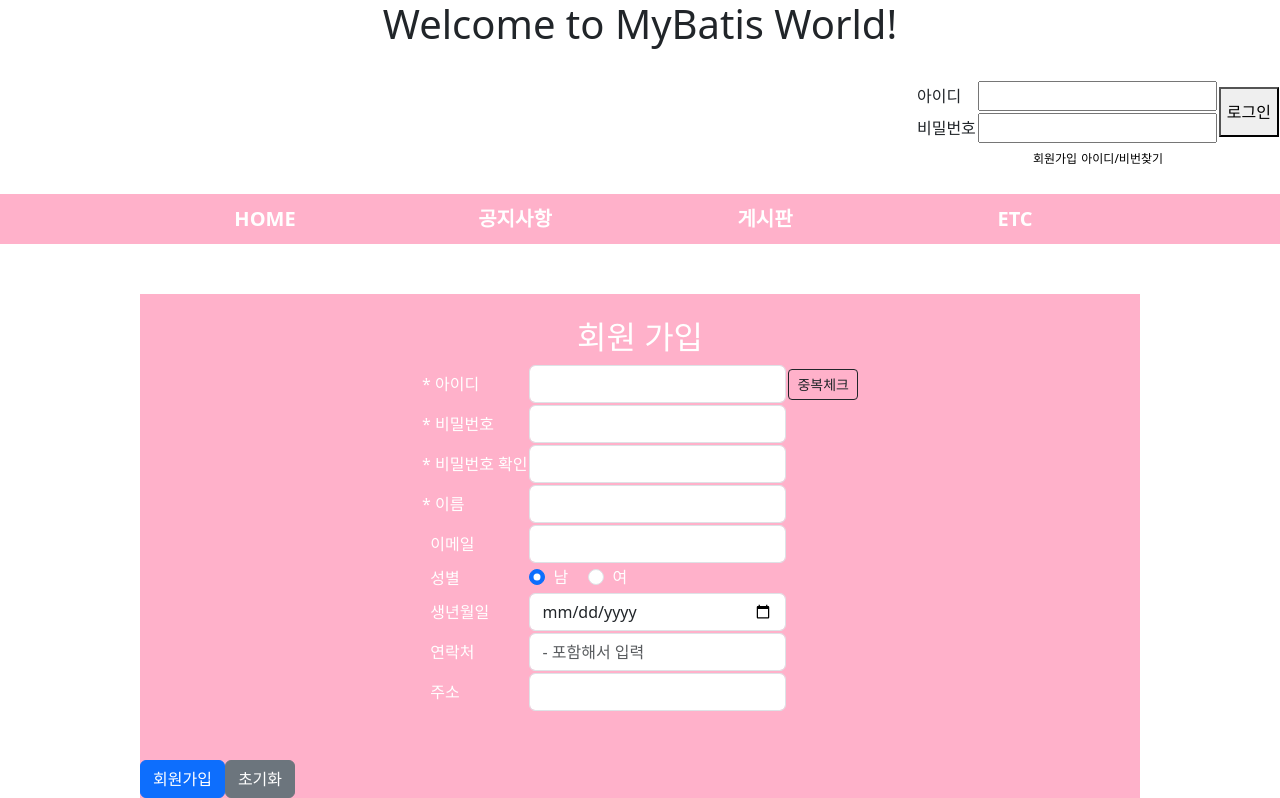
Repository: vocoxo9/06_academy.framework
Page: http://localhost/MyBatisProject/enrollForm.me
An editor plug-in stored every save of this project. The page is shown before and after the next save, followed by the edit.
The browser window is 1280 px wide. The pictures show the whole page.
The page is served by Tomcat 9. Other server files are loaded and not shown.

Above is the page before, as saved 2025-03-25 06:47:56.

### 01_mybatis/MyBatisProject/webapp/WEB-INF/views/member/memberEnrollForm.jsp
<%@ page language="java" contentType="text/html; charset=UTF-8"
    pageEncoding="UTF-8"%>
<!DOCTYPE html>
<html>
<head>
<meta charset="UTF-8">
<title>MyBatis World</title>

<!-- 부트스트랩 CDN -->
<link href="https://cdn.jsdelivr.net/npm/bootstrap@5.3.3/dist/css/bootstrap.min.css" rel="stylesheet" integrity="sha384-QWTKZyjpPEjISv5WaRU9OFeRpok6YctnYmDr5pNlyT2bRjXh0JMhjY6hW+ALEwIH" crossorigin="anonymous">
<script src="https://cdn.jsdelivr.net/npm/bootstrap@5.3.3/dist/js/bootstrap.bundle.min.js" integrity="sha384-YvpcrYf0tY3lHB60NNkmXc5s9fDVZLESaAA55NDzOxhy9GkcIdslK1eN7N6jIeHz" crossorigin="anonymous"></script>

<style>
	#mem-enroll-area table{margin: auto;}
</style>
</head>
<body>
	<%-- munubar.jsp 포함 --%>
	<jsp:include page="../common/menubar.jsp"/>

	<div class="outer">
		<br>
		<h2 align="center">회원 가입</h2>
		<form action="insert.me" method="post" id="mem-enroll-area">
			<table>
				<tr>
					<td>* 아이디</td>
					<td><input type="text" class="form-control" name="userId" maxlength="30" required></td>
					<td><input type="button" class="btn btn-sm btn-outline-dark" value="중복체크"></td>
				</tr>
				<tr>
					<td>* 비밀번호</td>
					<td><input type="password" class="form-control" name="userPwd" maxlength="100" required></td>
				</tr>
				<tr>
					<td>* 비밀번호 확인</td>
					<td><input type="password" class="form-control" required></td>
				</tr>
				<tr>
					<td>* 이름</td>
					<td><input type="text" class="form-control" name="userName" required></td>
				</tr>
				<tr>
					<td>&nbsp;&nbsp;이메일</td>
					<td><input type="email" class="form-control" name="email"></td>
				</tr>
				<tr>
					<td>&nbsp;&nbsp;성별</td>
					<td>
						<div class="form-check form-check-inline">
						<input class="form-check-input" type="radio" name="gender" valeu="M" id="genderM" checked>
						<label class="form-check-label" for="genderM">남</label>
					  </div>
					  <div class="form-check form-check-inline">
						<input class="form-check-input" type="radio" name="gender" valeu="F" id="genderF">
						<label class="form-check-label" for="genderF">여</label>
					  </div></td>
				</tr>
				<tr>
					<td>&nbsp;&nbsp;생년월일</td>
					<td><input type="date" class="form-control" name="birthDate"></td>
				</tr>
				<tr>
					<td>&nbsp;&nbsp;연락처</td>
					<td><input type="tel" class="form-control" name="phone" placeholder="- 포함해서 입력"></td>
				</tr>
				<tr>
					<td>&nbsp;&nbsp;주소</td>
					<td><input type="text" class="form-control" name="address"></td>
				</tr>
			</table>
				<br><br>
			<table>
				<tr>
					<button type="submit" class="btn btn-primary">회원가입</button>
					<button type="reset" class="btn btn-secondary">초기화</button>
				</div>
			</table>
		</form>
	</div>
</body>
</html>

### 01_mybatis/MyBatisProject/webapp/WEB-INF/views/common/menubar.jsp
<%@ page language="java" contentType="text/html; charset=UTF-8"
	pageEncoding="UTF-8"%>
<%@ taglib prefix="c" uri="http://java.sun.com/jsp/jstl/core"%>
<!DOCTYPE html>
<html>
<head>
<meta charset="UTF-8">
<title>MyBatis World</title>
<style>
.login-area a {
	text-decoration: none;
	color: black;
	font-size: 12px;
}

.login-area a:hover {
	background: #ffb1ca;
	color: white;
	border-radius: 1em;
	padding: 5px;
}

.nav-area {
	background: #ffb1ca;
	color: white;
	height: 50px;
}

.menu {
	display: table-cell;
	width: 250px;
	height: 50px;
	vertical-align: middle;
	font-size: 20px;
	font-weight: bold;
}

.menu:hover {
	cursor: pointer;
	background: #ffe0d9;
}
/* 공통적인 부분에 대한 css */
.outer {
	width: 1000px;
	background: #ffb1ca;
	color: white;
	margin: auto;
	margin-top: 50px;
}
</style>
</head>
<body>
	<h1 align="center">Welcome to MyBatis World!</h1>
	<br>
	<div class="login-area" align="right">
		<c:choose>
			<c:when test="${ empty loginUser }">
				<!-- 로그인 전 표시할 부분 -->
				<form action="" method="post">
					<table>
						<tr>
							<td>아이디</td>
							<td><input type="text" name="userId" required></td>
							<td rowspan="2"><button type="submit" style="height: 50px;">로그인</button>
						</tr>
						<tr>
							<td>비밀번호</td>
							<td><input type="password" name="userPwd" required></td>
						</tr>
						<tr>
							<td colspan="3" align="center">
							<a href="enrollForm.me">회원가입</a>
							<a href="">아이디/비번찾기</a></td>
						</tr>
					</table>
				</form>
			</c:when>

			<c:otherwise>
				<!-- 로그인 후 표시할 부분 -->
				<div>
					<table>
						<tr>
							<td colspan="2">
								<h3>@@@님 환영합니다^^</h3>
							</td>
						</tr>
						<tr>
							<td><a href="">마이페이지</a></td>
							<td><a href="">로그아웃</a></td>
						</tr>
					</table>
				</div>
			</c:otherwise>
		</c:choose>
	</div>



	<br>

	<div class="nav-area" align="center">
		<div class="menu">HOME</div>
		<div class="menu">공지사항</div>
		<div class="menu">게시판</div>
		<div class="menu">ETC</div>
	</div>
</html>

### 01_mybatis/MyBatisProject/src/main/java/com/kh/mybatis/member/controller/MemberEnrollFormController.java
package com.kh.mybatis.member.controller;

import java.io.IOException;
import javax.servlet.ServletException;
import javax.servlet.annotation.WebServlet;
import javax.servlet.http.HttpServlet;
import javax.servlet.http.HttpServletRequest;
import javax.servlet.http.HttpServletResponse;

/**
 * Servlet implementation class MemberEnrollFormController
 */
@WebServlet("/enrollForm.me")
public class MemberEnrollFormController extends HttpServlet {
	private static final long serialVersionUID = 1L;

    /**
     * @see HttpServlet#HttpServlet()
     */
    public MemberEnrollFormController() {
        super();
        // TODO Auto-generated constructor stub
    }

	/**
	 * @see HttpServlet#doGet(HttpServletRequest request, HttpServletResponse response)
	 */
	protected void doGet(HttpServletRequest request, HttpServletResponse response) throws ServletException, IOException {
		// memberEnrollForm.jsp 페이지로 응답(포워딩)
		request.getRequestDispatcher("WEB-INF/views/member/memberEnrollForm.jsp").forward(request, response);
	}

	/**
	 * @see HttpServlet#doPost(HttpServletRequest request, HttpServletResponse response)
	 */
	protected void doPost(HttpServletRequest request, HttpServletResponse response) throws ServletException, IOException {
		// TODO Auto-generated method stub
		doGet(request, response);
	}

}

After the next save:
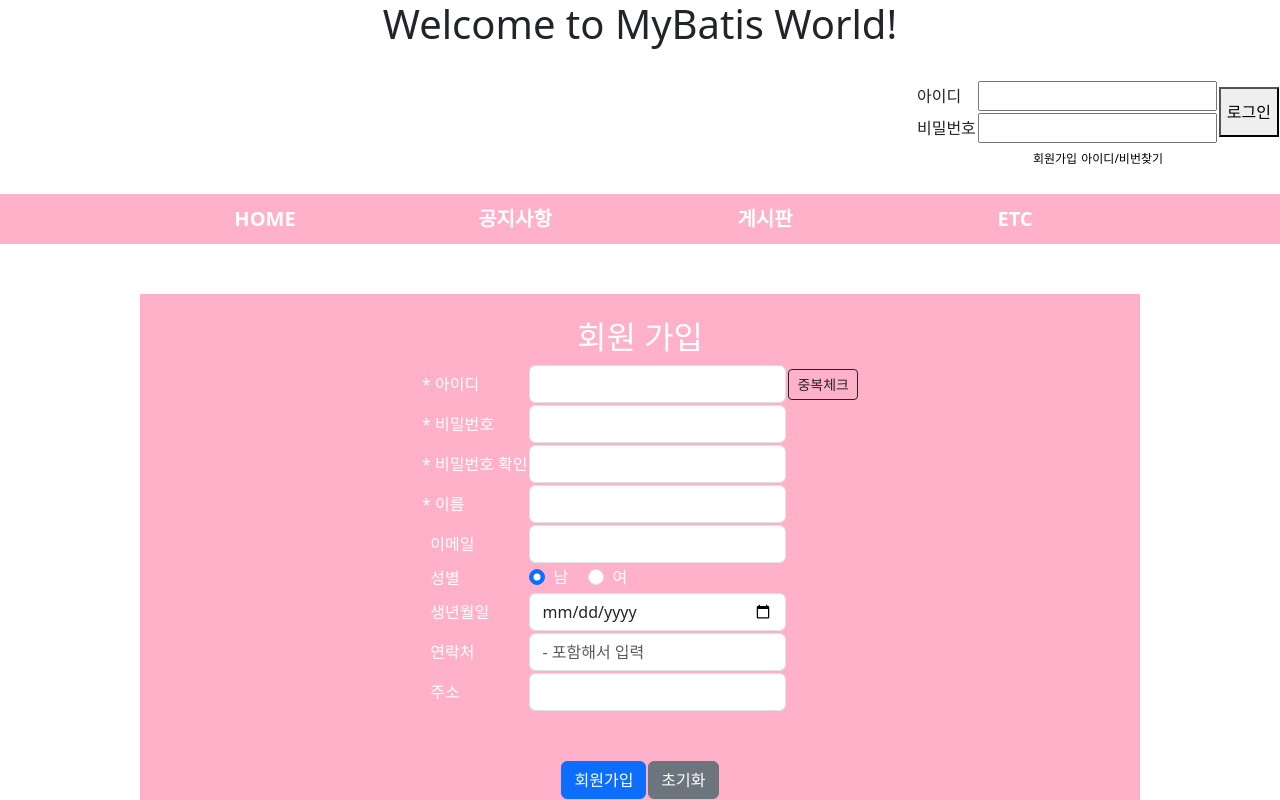
Saved 13 s later.
--- a/01_mybatis/MyBatisProject/webapp/WEB-INF/views/member/memberEnrollForm.jsp
+++ b/01_mybatis/MyBatisProject/webapp/WEB-INF/views/member/memberEnrollForm.jsp
@@ -72,9 +72,9 @@
 				<br><br>
 			<table>
 				<tr>
-					<button type="submit" class="btn btn-primary">회원가입</button>
-					<button type="reset" class="btn btn-secondary">초기화</button>
-				</div>
+					<td><button type="submit" class="btn btn-primary">회원가입</button></td>
+					<td><button type="reset" class="btn btn-secondary">초기화</button></td>
+				</tr>
 			</table>
 		</form>
 	</div>
